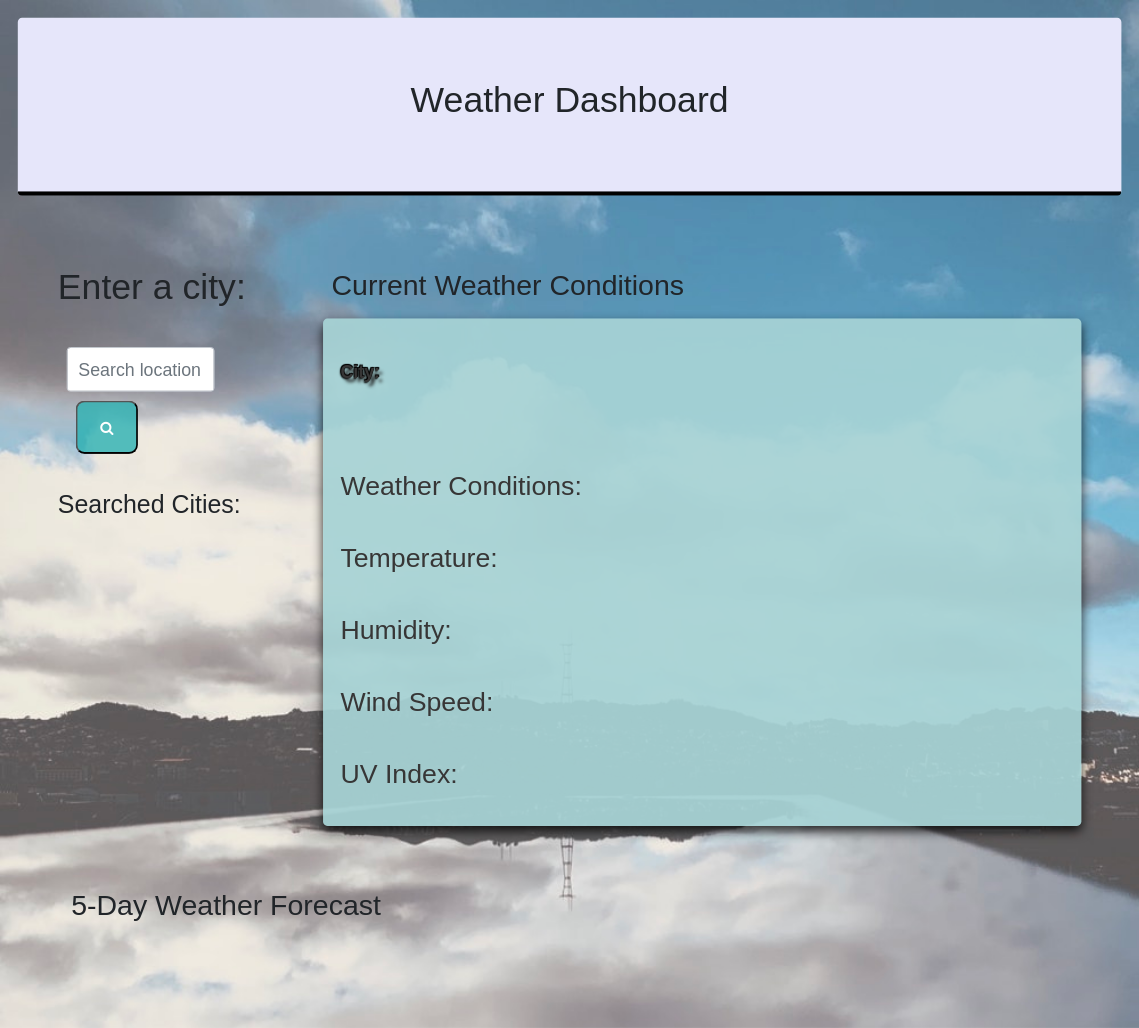
Repository: nsc9605/WeatherDashboard_API
Page: index.html
The author's editor kept a copy of each file at every save. The page is drawn from the files as they stood at one save, then again after the next save.
The browser window is 1280 px wide. The pictures show the whole page, at 89% of full size.
Backgrounds fixed to the window are drawn as part of the page. Some web fonts or font styles are not loaded; a fallback is used. Some web libraries are served in a nearby version.

Above is the page before, as saved 2021-04-07 11:34:12.

After the next save:
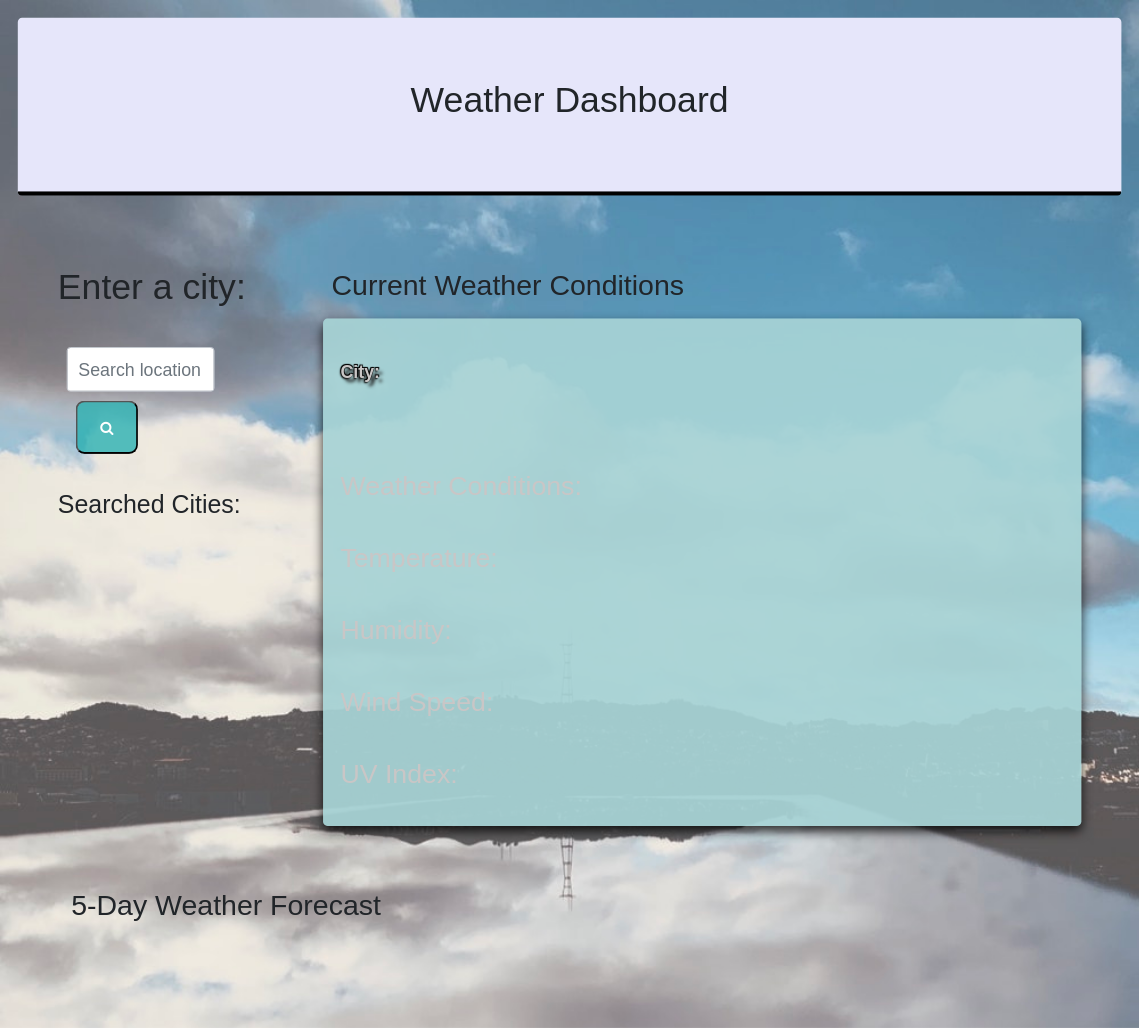
Saved 25 s later.
--- a/assets/style.css
+++ b/assets/style.css
@@ -132,7 +132,7 @@ h5 {
     width: 100%;
     align-items: center;
     background-color: rgba(167, 211, 213, 0.927);
-    color: rgb(55, 54, 54);
+    color: rgb(201, 198, 198);
     border-radius: 5px;
     box-shadow: 0 6px 12px 0 rgba(0, 0, 0, 0.831);
     font-size: 30px;
